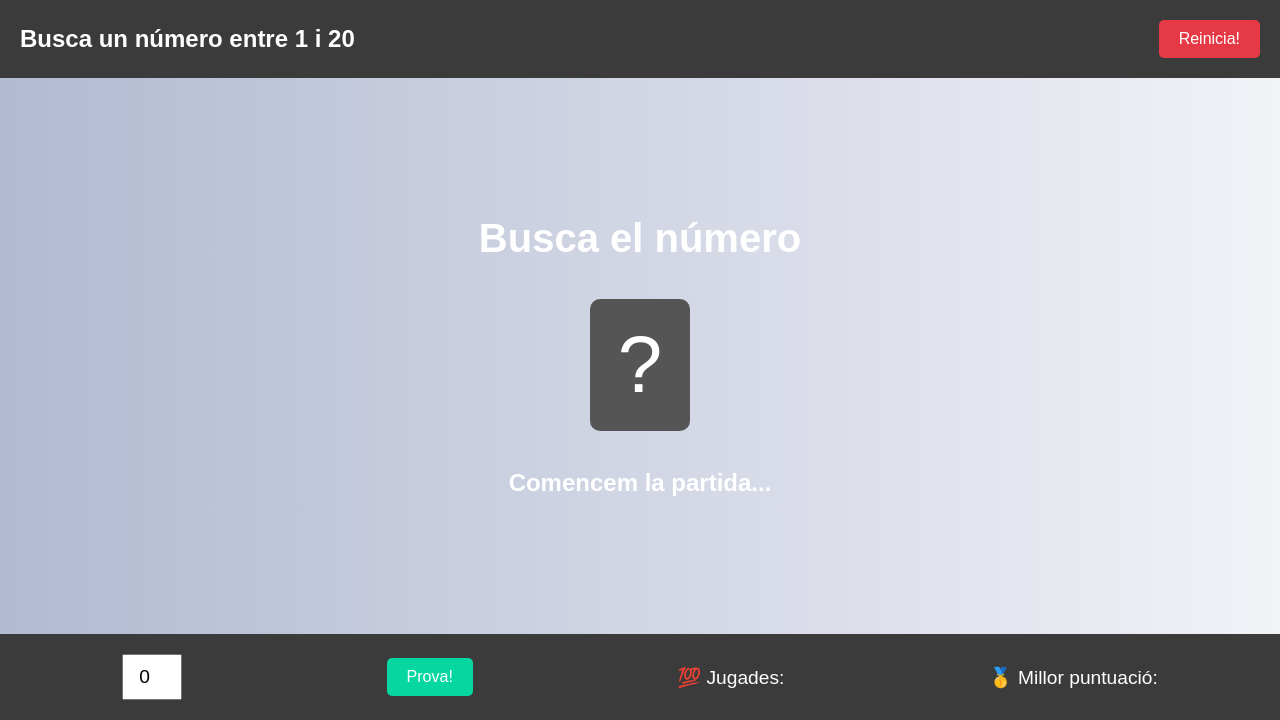
Repository: rdalmau23/M06_01
Page: index.html
An editor plug-in stored every save of this project. The page is shown before and after the next save, followed by the edit.
The browser window is 1280 px wide. The pictures show the whole page.
After loading, the first visible `#reset` was clicked once.

Above is the page before, as saved 2024-10-11 12:29:24.

### index.html
<!DOCTYPE html>
<html lang="en">
<head>
    <meta charset="UTF-8">
    <meta name="viewport" content="width=device-width, initial-scale=1.0">
    <title>Endivina el número</title>
    <link rel="stylesheet" href="style.css">
    <script src="script.js"></script>
</head>
<body>
    <header>
        <h2>Busca un número entre 1 i 20</h2>
        <button onclick="resetGame()" id="reset">Reinicia!</button>
    </header>
    <main id="main">
        <h1>Busca el número</h1> <br>
        <div id="display-num">?</div> <br>
        <h3 id="display-result">Comencem la partida...</h3>
    </main>
    <footer>
        <input type="number" value="0" id="num">
        <button onclick="playGame()" id="play">Prova!</button>
        <div id="display-jugades">💯 Jugades: </div>
        <div id="display-puntuacio">🥇 Millor puntuació: </div>
    </footer>
</body>
</html>

### style.css
* {
    margin: 0;
    padding: 0;
    box-sizing: border-box;
  }

  body {
    font-family: Arial, sans-serif;
    height: 100vh;
    display: flex;
    flex-direction: column;
    justify-content: space-between;
    background: linear-gradient(270deg, #ffffff, #001969);
    background-size: 400% 400%;
    animation: gradient-animation 12s ease infinite;
    position: relative;
  }

  @keyframes gradient-animation {
    0% {
      background-position: 0% 50%;
    }
    50% {
      background-position: 100% 50%;
    }
    100% {
      background-position: 0% 50%;
    }
  }

  header {
    background-color: #3b3b3b;
    color: white;
    padding: 20px;
    text-align: center;
    display: flex;
    justify-content: space-between;
    align-items: center;
  }

  header h2 {
    margin: 0;
  }

  header button {
    background-color: #e63946;
    border: none;
    color: white;
    padding: 10px 20px;
    cursor: pointer;
    border-radius: 5px;
    font-size: 16px;
    transition: background-color 0.3s ease;
  }

  header button:hover {
    background-color: #d62839;
  }

  main {
    flex-grow: 1;
    display: flex;
    flex-direction: column;
    justify-content: center;
    align-items: center;
  }

  main h1 {
    font-size: 2.5rem;
    color: white;
  }

  #display-num {
    font-size: 5rem;
    background-color: #555555;
    color: white;
    padding: 20px;
    width: 100px;
    text-align: center;
    border-radius: 10px;
    margin: 20px 0;
  }

  main h3 {
    font-size: 1.5rem;
    color: white;
  }

  footer {
    background-color: #3b3b3b;
    padding: 20px;
    display: flex;
    justify-content: space-around;
    align-items: center;
  }

  footer input[type="number"] {
    width: 60px;
    padding: 10px;
    font-size: 1.2rem;
    text-align: center;
  }

  footer button {
    background-color: #06d6a0;
    border: none;
    color: white;
    padding: 10px 20px;
    cursor: pointer;
    border-radius: 5px;
    font-size: 16px;
    transition: background-color 0.3s ease;
  }

  footer button:hover {
    background-color: #04b383;
  }

  footer div {
    font-size: 1.2rem;
    color: #ffffff;
  }

  /* Ajustes Responsive */
  @media (max-width: 600px) {
    header, footer {
      flex-direction: column;
      gap: 10px;
    }

    #display-num {
      font-size: 4rem;
      width: 80px;
    }

    footer button {
      font-size: 14px;
    }
  }

### script.js
let numero1 = Math.floor(Math.random() * 20 + 1);
let userInput = 0;
let intents = 0;
let millorPunt = Infinity;
let sortida = "";

function playGame() {
    userInput = document.getElementById("num").value;
    if (userInput !== numero1) {
        intents++;
        if (userInput < numero1) {
            sortida = `El ${userInput} és massa petit, torna a provar.`;
        } else {
            sortida = `El ${userInput} és massa gran, torna a provar.`;
        }
    } else {
        intents++;
        sortida = `Has endivinat el número ${numero1}!`;
        document.getElementById("display-num").innerHTML = numero1;


        if (intents < millorPunt) {
            millorPunt = intents;
            document.getElementById("display-puntuacio").innerHTML = `🥇 Millor puntuació: ${millorPunt}`;
        }
    }

    document.getElementById("display-jugades").innerHTML = `💯 Jugades: ${intents}`;
    document.getElementById("display-result").innerHTML = `${sortida}`;
    document.getElementById("num").select();
}

function resetGame() {
    numero1 = Math.floor(Math.random() * 20 + 1);
    document.getElementById("display-num").innerHTML = "?";
    document.getElementById("display-result").innerHTML = "Comencem la partida...";
    intents = 0; // Resetea los intentos
}

After the next save:
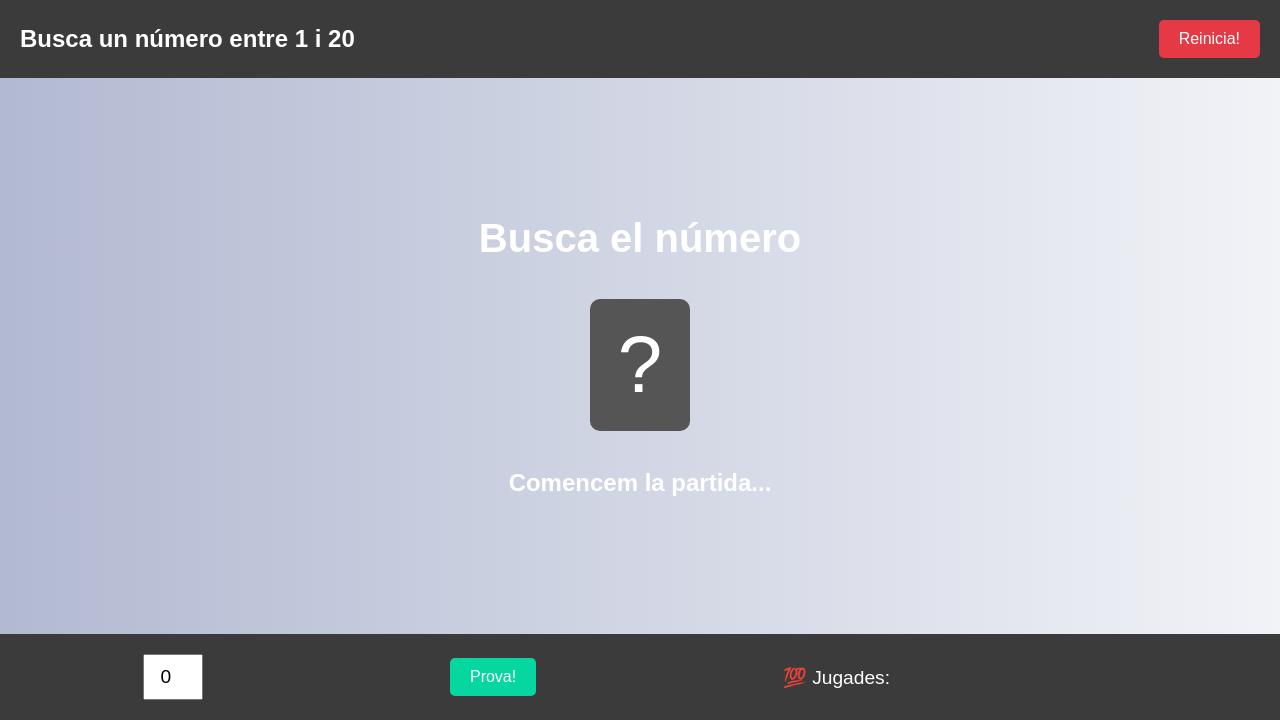
Saved 2 min 30 s later.
--- a/script.js
+++ b/script.js
@@ -5,7 +5,8 @@
 let sortida = "";
 
 function playGame() {
-    userInput = document.getElementById("num").value;
+    userInput = parseInt(document.getElementById("num").value); // Convertir a número entero
+
     if (userInput !== numero1) {
         intents++;
         if (userInput < numero1) {
@@ -14,11 +15,11 @@
             sortida = `El ${userInput} és massa gran, torna a provar.`;
         }
     } else {
-        intents++;
+        intents++; // Incrementa intents al adivinar correctamente
         sortida = `Has endivinat el número ${numero1}!`;
         document.getElementById("display-num").innerHTML = numero1;
 
-
+        // Comprobar si la puntuación actual es la mejor
         if (intents < millorPunt) {
             millorPunt = intents;
             document.getElementById("display-puntuacio").innerHTML = `🥇 Millor puntuació: ${millorPunt}`;
@@ -35,4 +36,5 @@
     document.getElementById("display-num").innerHTML = "?";
     document.getElementById("display-result").innerHTML = "Comencem la partida...";
     intents = 0; // Resetea los intentos
+    document.getElementById("display-puntuacio").innerHTML = ""; // Limpia la mejor puntuación
 }

After the save that followed:
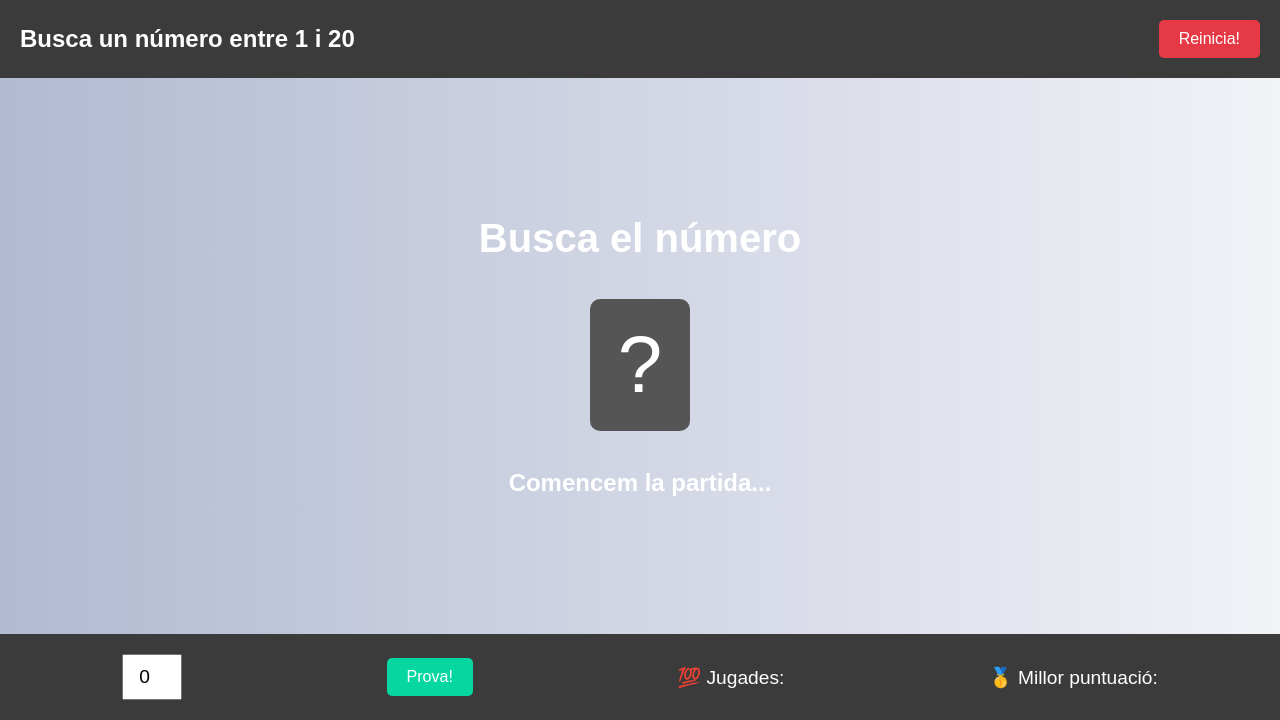
Saved 35 s later.
--- a/script.js
+++ b/script.js
@@ -35,6 +35,5 @@
     numero1 = Math.floor(Math.random() * 20 + 1);
     document.getElementById("display-num").innerHTML = "?";
     document.getElementById("display-result").innerHTML = "Comencem la partida...";
-    intents = 0; // Resetea los intentos
-    document.getElementById("display-puntuacio").innerHTML = ""; // Limpia la mejor puntuación
+    intents = 0;
 }
